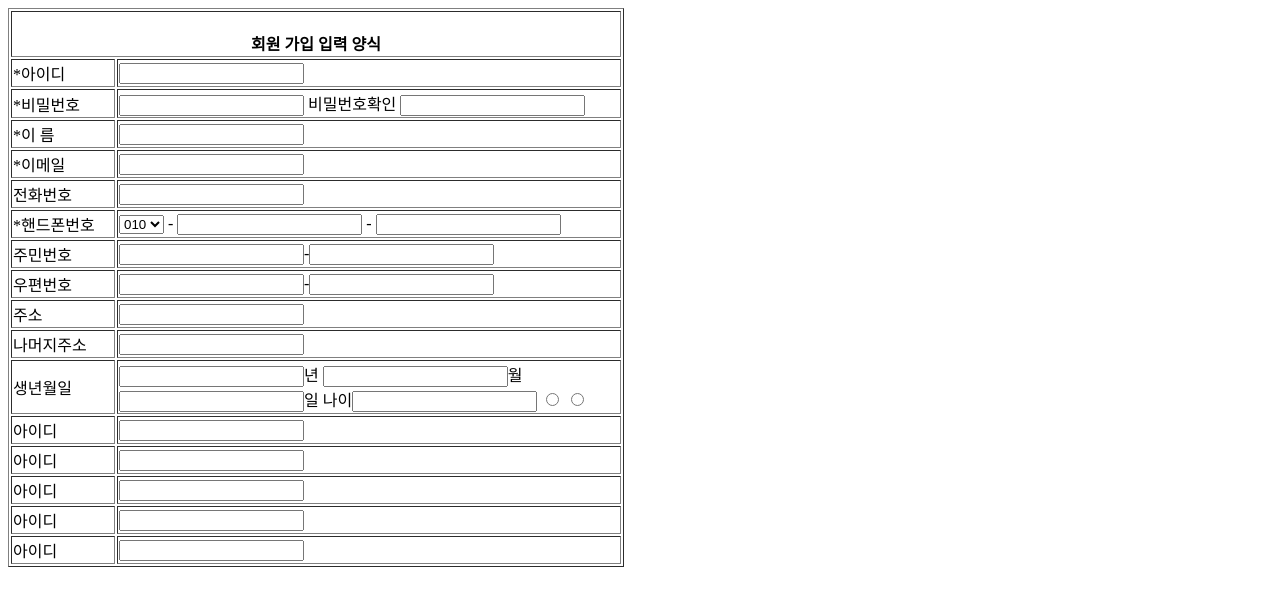
Repository: vkfkstptkd1/WebProgramming
Page: ch3_FormTag/WebContent/In_Form.html
The author's editor kept a copy of each file at every save. The page is drawn from the files as they stood at one save, then again after the next save.
The browser window is 1280 px wide. The pictures show the whole page.

Above is the page before, as saved 2021-03-20 04:22:15.

After the next save:
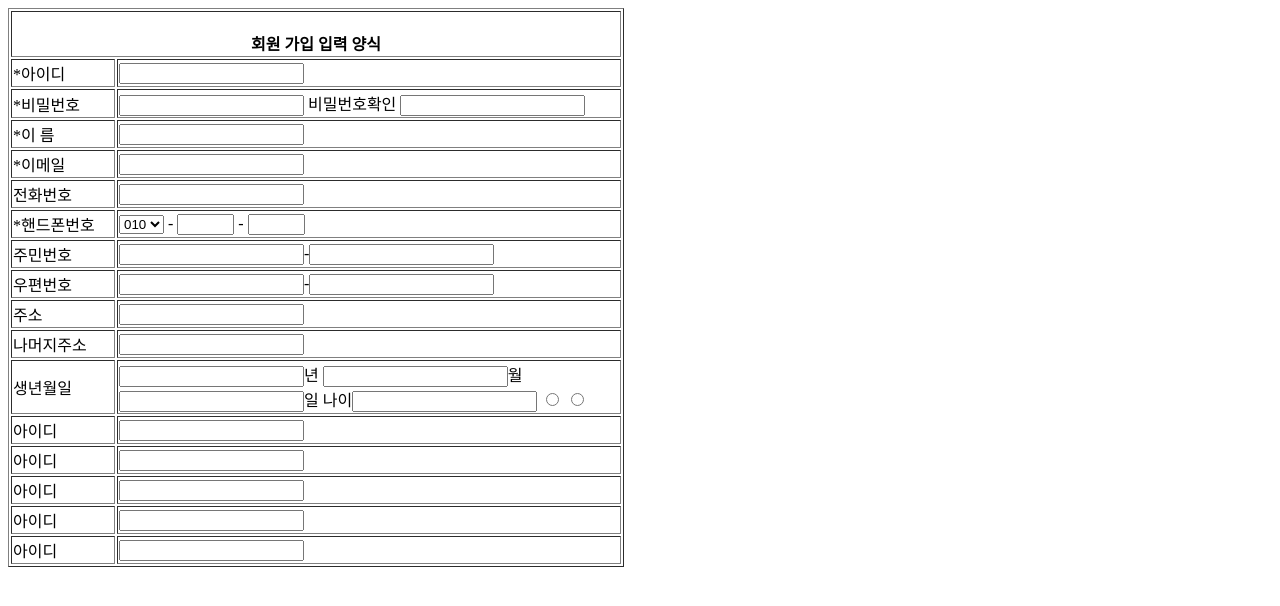
Saved 40 s later.
--- a/ch3_FormTag/WebContent/In_Form.html
+++ b/ch3_FormTag/WebContent/In_Form.html
@@ -32,9 +32,9 @@
 		<OPTION VALUE="012">012</OPTION>
 		</SELECT>
 		-
-		<input type="text" name="phonenumber2">
+		<input type="text" name="phonenumber2" size=4>
 		-
-		<input type="text" name="phonenumber3">
+		<input type="text" name="phonenumber3" size=4>
 		</td>
 	</tr>
 	<tr><td> 주민번호</td>
